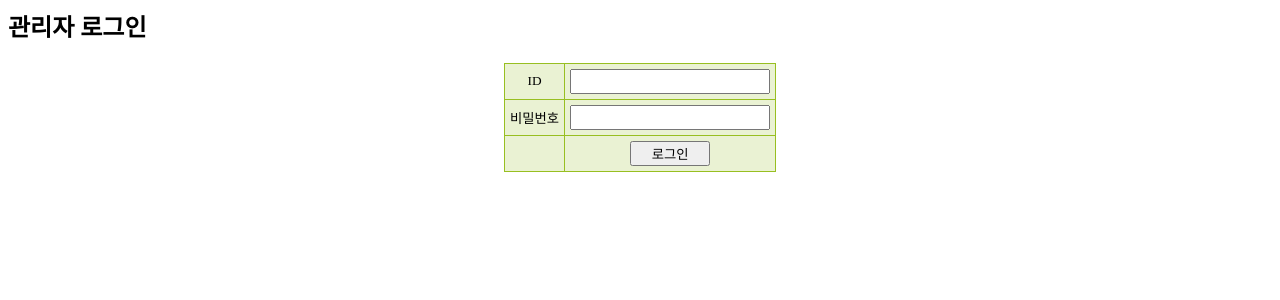
Repository: lmcoa15/Movie
Page: http://localhost/movie/admin/admin_login.jsp
These files come from the project's save history. The page is drawn as it stood at one moment and after the next save; the edit follows.
The browser window is 1280 px wide. The pictures show the whole page.
The page is served by Tomcat 9. Other server files are loaded and not shown.

Above is the page before, as saved 2015-12-05 20:18:25.

### workspace/movie/WebContent/admin/admin_login.jsp
<%@ page language="java" contentType="text/html; charset=UTF-8"
    pageEncoding="UTF-8"%>
    <link rel="stylesheet" href="../list/movie_list_css.css" type="text/css" media="screen" />
<!DOCTYPE html PUBLIC "-//W3C//DTD HTML 4.01 Transitional//EN" "http://www.w3.org/TR/html4/loose.dtd">
<html>
<head>
<meta http-equiv="Content-Type" content="text/html; charset=UTF-8">
<title>login</title>
</head>
<body>
<h2>관리자 로그인</h2>
	<form method ="post" action="admin_login_process.jsp" name="form1">
	<table width="250" border="1"align="center" cellspacing="0"
												cellpadding="5">

	<tr>
		<td>ID</td>
		<td><input type="text" name="admin_id" size=10></td>
	</tr>

	<tr>
		<td>비밀번호</td>
		<td><input type="password" name="admin_password" size=10></td>
	</tr>

	<tr>
		<td></td>
		<td><input type="button" name="login_button" value="로그인" size=2>
		</td>
	</tr>
</table>

</body>
</html>

### workspace/movie/WebContent/list/movie_list_css.css
@charset "utf-8";

table{
		width:auto;
		border-collapse:collapse;
		text-align:center;
}

td,th{
		font-size:10pt;
		border:1px solid #98bf21;
		height:30px;
		padding:5px;
}

th{
		background-color:#A7C942;
		color:#ffffff;
		font-family:Georgia;
}

tr td{
		color:#000000;
		background-color:#EAF2D3;
}
input {
		height:25px;
		width:200px;
}
input [type="submit"],[type="reset"],[type="button"]{
	height:25px;
	width:80px;
}

After the next save:
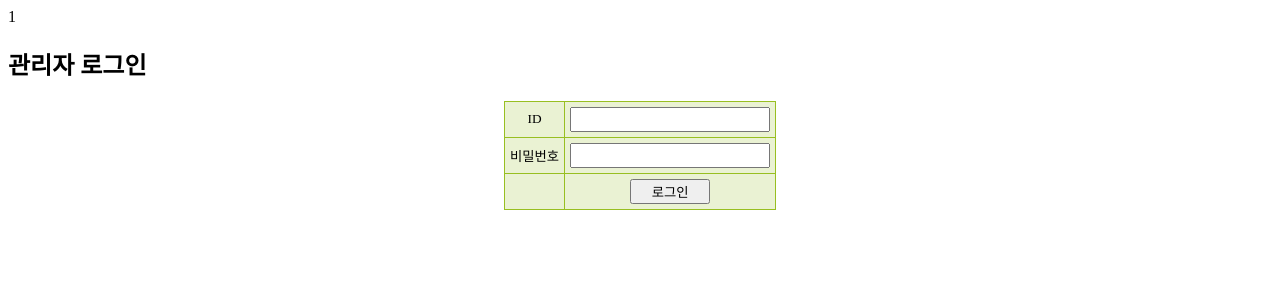
Saved 2 min 18 s later.
--- a/workspace/movie/WebContent/admin/admin_login.jsp
+++ b/workspace/movie/WebContent/admin/admin_login.jsp
@@ -8,6 +8,7 @@
 <title>login</title>
 </head>
 <body>
+<% out.println("1"); %>
 <h2>관리자 로그인</h2>
 	<form method ="post" action="admin_login_process.jsp" name="form1">
 	<table width="250" border="1"align="center" cellspacing="0"

After the save that followed:
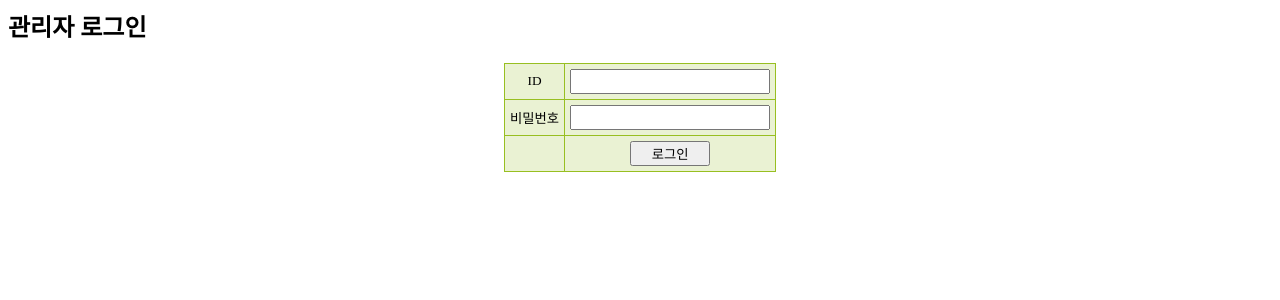
Saved 44 s later.
--- a/workspace/movie/WebContent/admin/admin_login.jsp
+++ b/workspace/movie/WebContent/admin/admin_login.jsp
@@ -8,7 +8,7 @@
 <title>login</title>
 </head>
 <body>
-<% out.println("1"); %>
+
 <h2>관리자 로그인</h2>
 	<form method ="post" action="admin_login_process.jsp" name="form1">
 	<table width="250" border="1"align="center" cellspacing="0"
